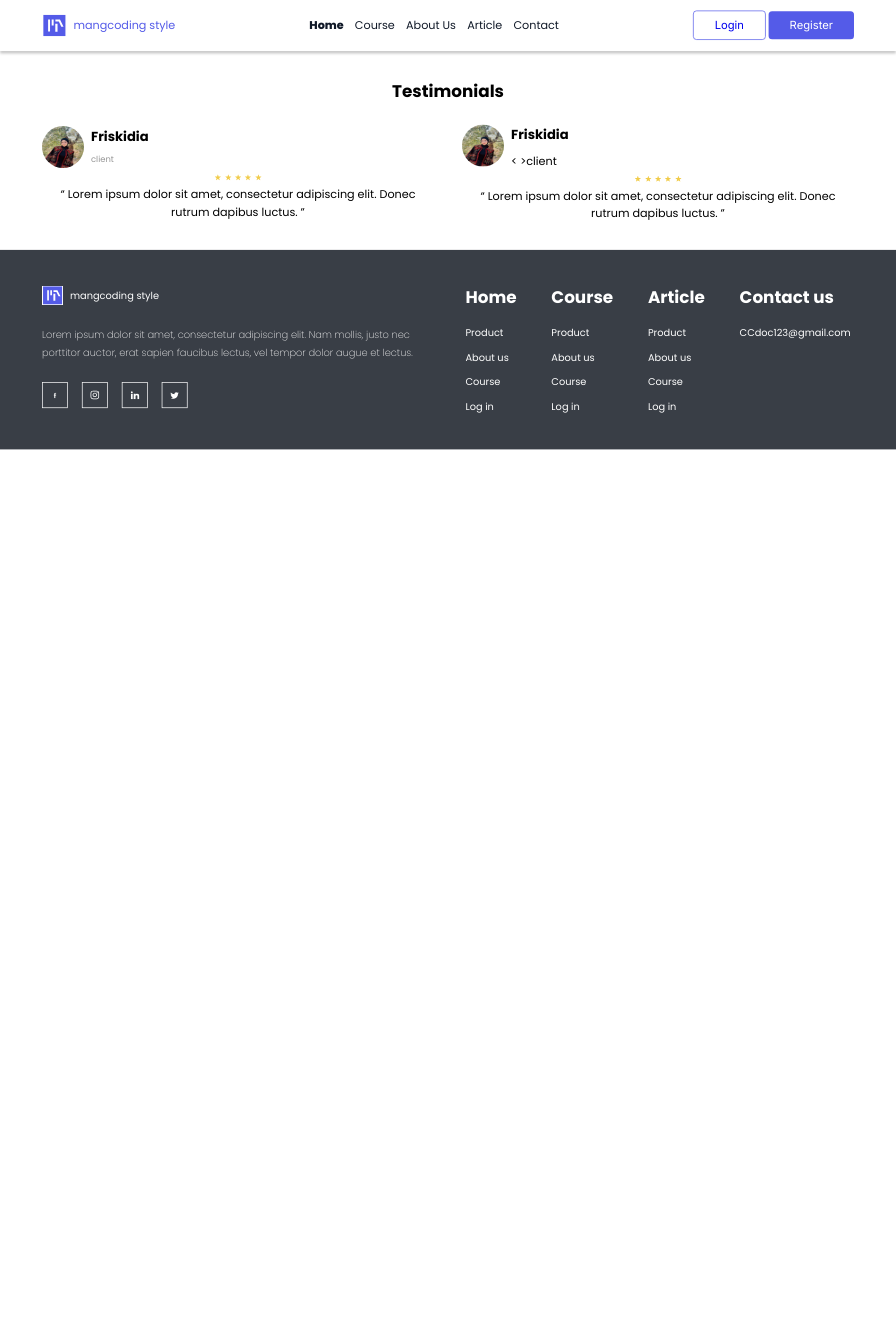
Repository: Dania-Alqam/landing-page
Page: index.html
The author's editor kept a copy of each file at every save. The page is drawn from the files as they stood at one save, then again after the next save.
The browser window is 1280 px wide. The pictures show the part of the page from y = 0 to 1920 px (the page is 5000 px tall), at 70% of full size.

Above is the page before, as saved 2024-06-22 13:32:36.

### index.html
<!DOCTYPE html>
<html lang="en">

<head>
    <meta charset="UTF-8" />
    <meta name="viewport" content="width=device-width, initial-scale=1.0" />
    <title>Document</title>
    <link rel="stylesheet" href="./assests/css/main.css" />
</head>

<body>
    <header class="header">
        <div class="container">
            <div class="row">
                <div class="logo">
                    <img src="./assests/images/public/Logo.svg" alt="logo" />
                    <a href="#">mangcoding style</a>
                </div>
                <nav class="nav">
                    <ul>
                        <li>
                            <a href="#" class="active">Home</a>
                        </li>
                        <li>
                            <a href="#">Course</a>
                        </li>
                        <li>
                            <a href="#">About Us</a>
                        </li>
                        <li>
                            <a href="#">Article</a>
                        </li>
                        <li>
                            <a href="#">Contact</a>
                        </li>
                    </ul>
                </nav>
                <div class="auth">
                    <a href="#">Login</a>
                    <a href="#">Register</a>
                </div>
            </div>
        </div>
    </header>

    <main>
        <section class="testimonials">
            <h2>
                Testimonials
            </h2>
            <div class="container">
                <div class="row">
                    <div class="testimonial">
                        <div class="user-info">
                            <img src="assests/images/clients/client1.jpeg"/>
                            <div class="user-data">
                                <h3>Friskidia</h3>
                                <span>client</span>
                            </div>
                        </div>
                        <div class="ratings">
                            <img src="./assests/images/public/Star.svg" alt="stars"/>
                            <img src="./assests/images/public/Star.svg" alt="stars"/>
                            <img src="./assests/images/public/Star.svg" alt="stars"/>
                            <img src="./assests/images/public/Star.svg" alt="stars"/>
                            <img src="./assests/images/public/Star.svg" alt="stars"/>

                        </div>
                        <blockquote>
                            <q>
                                Lorem ipsum dolor sit amet, consectetur adipiscing elit. Donec rutrum dapibus luctus.
                            </q>
                        </blockquote>
                    </div>
                    <div class="testimonial">
                        <div class="user-info">
                            <img src="assests/images/clients/client1.jpeg"/>
                            <div class="user-data">
                                <h3>Friskidia</h3>
                                < >client</span>
                            </div>
                        </div>
                        <div class="ratings">
                            <img src="./assests/images/public/Star.svg" alt="stars"/>
                            <img src="./assests/images/public/Star.svg" alt="stars"/>
                            <img src="./assests/images/public/Star.svg" alt="stars"/>
                            <img src="./assests/images/public/Star.svg" alt="stars"/>
                            <img src="./assests/images/public/Star.svg" alt="stars"/>

                        </div>
                        <blockquote>
                            <q>
                                Lorem ipsum dolor sit amet, consectetur adipiscing elit. Donec rutrum dapibus luctus.
                            </q>
                        </blockquote>
                    </div>
                </div>
            </div>

        </section>
    </main>
    <footer class="footer">
        <div class="container">
            <div class="row">
                <div class="footer-start">
                    <div class="logo">
                        <img src="./assests/images/public/Logo.svg" alt="logo" />
                        <a href="#">mangcoding style</a>
                    </div>
                    <p>
                        Lorem ipsum dolor sit amet, consectetur adipiscing elit. Nam
                        mollis, justo nec porttitor auctor, erat sapien faucibus lectus,
                        vel tempor dolor augue et lectus.
                    </p>
                    <div class="icons">
                        <a href="#"><img src="./assests/images/public/facebok.svg" /></a>
                        <a href="#"><img src="./assests/images/public/instagram.svg" /></a>
                        <a href="#"><img src="./assests/images/public/linkedin.svg" /></a>
                        <a href="#"><img src="./assests/images/public/twitter.svg" /></a>
                    </div>
                </div>
                <div class="footer-end">
                    <div class="row">
                        <div class="footer-item">
                            <h2>
                                Home
                            </h2>
                            <ul>
                                <li>
                                    <a href="#">Product</a>
                                </li>
                                <li>
                                    <a href="#">About us</a>
                                </li>
                                <li>
                                    <a href="#">Course</a>
                                </li>
                                <li>
                                    <a href="#">Log in</a>
                                </li>
                            </ul>
                        </div>
                        <div class="footer-item">
                            <h2>
                                Course
                            </h2>
                            <ul>
                                <li>
                                    <a href="#">Product</a>
                                </li>
                                <li>
                                    <a href="#">About us</a>
                                </li>
                                <li>
                                    <a href="#">Course</a>
                                </li>
                                <li>
                                    <a href="#">Log in</a>
                                </li>
                            </ul>
                        </div>
                        <div class="footer-item">
                            <h2>
                                Article
                            </h2>
                            <ul>
                                <li>
                                    <a href="#">Product</a>
                                </li>
                                <li>
                                    <a href="#">About us</a>
                                </li>
                                <li>
                                    <a href="#">Course</a>
                                </li>
                                <li>
                                    <a href="#">Log in</a>
                                </li>
                            </ul>
                        </div>
                        <div class="footer-item">
                            <h2>
                                Contact us
                            </h2>
                            <ul>
                                <li>
                                    <a href="#">CCdoc123@gmail.com</a>
                                </li>

                        </div>
                    </div>
                </div>
            </div>
        </div>
    </footer>
</body>

</html>

### assests/css/main.css
@import url(./public.css);

/* start header */
.header {
  position: sticky;
  top: 0;
  box-shadow: 0px 4px 4px rgba(0, 0, 0, 0.25);
  padding: 20px 0;
  background-color: #fff;
}

.nav ul {
  display: flex;
  flex-wrap: wrap;
  gap: 16px;
}
.header .logo {
  display: flex;
  flex-wrap: wrap;
  align-items: center;
  gap: 10px;
}
.header .logo img {
  width: 35px;
}

.header .logo a {
  color: var(--mainColor);
}

.header .nav a {
  color: #101928;
}

.header .nav a:hover {
  color: var(--mainColor);
}
/* For the home bold*/
.active {
  font-weight: 800;
}
/* common properities*/
.header .auth a {
  font-family: var(--subFont);
  padding: 10px 30px;
  border-radius: 5px;
}
.header .auth a:first-of-type {
  border: 1px solid var(--mainColor);
}
.header .auth a:last-of-type {
  background-color: var(--mainColor);
  color: white;
}
@media (max-width: 900px) {
  .header .nav {
    display: none;
  }
}
/* end header */

/* start testemonials*/
.testimonials {
  text-align: center;
  padding: 40px 0;
}
.testimonials .row {
  gap: 40px;
}

.testimonials h2 {
  margin-bottom: 30px;
}
.testimonial {
  width: calc((100% - 40px) / 2);
}
.testimonial .user-info img {
  width: 60px;
  height: 60px;
  border-radius: 50%;
}

.testimonial .user-info {
  display: flex;
  flex-wrap: wrap;
  gap: 10px;
}
.testimonial .user-info .user-data {
  display: flex;
  flex-direction: column;
  gap: 10px;
  flex-wrap: wrap;
  align-items: start;
}

.testimonial .user-info .user-data span{
    font-size: 12px;
    color: #969696;
}

.testimonial .ratings{
    /* display: flex; */
}
/* start footer */
.footer {
  background-color: #393e46;
  padding: 50px 0;
}

.footer a,
.footer h2 {
  color: #fff;
}

.footer .footer-start,
.footer .footer-end {
  width: calc((100% - 40px) / 2);
}

.footer .row {
  gap: 40px;
}

.footer .footer-start {
  display: flex;
  flex-direction: column;
  gap: 30px;
  flex-wrap: wrap;
}

.footer .footer-start .logo {
  display: flex;
  flex-wrap: wrap;
  gap: 10px;
  align-items: center;
}
.footer .footer-start .logo img {
  width: 30px;
}
.footer .footer-start .logo a {
  font-size: 14px;
}
.footer .footer-start p {
  color: #f4f4f4;
  line-height: 25px;
  font-size: 14px;
  font-weight: 200;
}
.footer .footer-start .icons {
  display: flex;
  flex-wrap: wrap;
  gap: 20px;
}
.footer .footer-start .icons img {
  width: 15px;
  height: 15px;
  border: 1px solid #fff;
  padding: 10px;
  box-sizing: content-box;
}

.footer-end .row {
  align-items: start;
  justify-content: space-around;
}
.footer-end .footer-item {
  display: flex;
  flex-direction: column;
  flex-wrap: wrap;
  gap: 20px;
}
.footer-end .footer-item ul {
  display: flex;
  flex-direction: column;
  flex-wrap: wrap;
  gap: 10px;
}
.footer-end .footer-item a {
  font-size: 14px;
}

/* end footer */

### assests/images/public/Star.svg
<svg width="10" height="9" viewBox="0 0 10 9" fill="none" xmlns="http://www.w3.org/2000/svg">
<path d="M5.00313 0.422667C5.06478 0.232942 5.33319 0.232942 5.39483 0.422668L6.26237 3.09266C6.28994 3.17751 6.36901 3.23496 6.45822 3.23496H9.26562C9.46511 3.23496 9.54805 3.49023 9.38666 3.60749L7.11543 5.25764C7.04325 5.31007 7.01305 5.40302 7.04062 5.48787L7.90815 8.15787C7.9698 8.34759 7.75265 8.50536 7.59126 8.3881L5.32003 6.73796C5.24785 6.68552 5.15012 6.68552 5.07794 6.73796L2.80671 8.3881C2.64532 8.50536 2.42817 8.34759 2.48981 8.15787L3.35735 5.48787C3.38492 5.40302 3.35472 5.31007 3.28254 5.25764L1.01131 3.60749C0.849916 3.49023 0.93286 3.23496 1.13235 3.23496H3.93975C4.02896 3.23496 4.10803 3.17751 4.1356 3.09266L5.00313 0.422667Z" fill="#F1CC4A"/>
</svg>

### assests/css/public.css
@import url('https://fonts.googleapis.com/css2?family=Poppins:ital,wght@0,100;0,200;0,300;0,400;0,500;0,600;0,700;0,800;0,900;1,100;1,200;1,300;1,400;1,500;1,600;1,700;1,800;1,900&display=swap');
@import url('https://fonts.googleapis.com/css2?family=Inter:wght@100..900&display=swap');

*{
    margin: 0;
    padding: 0;
    box-sizing: border-box;
}
:root{
    --mainFont: "Poppins", sans-serif;
    --subFont:  "Inter", sans-serif;
    --mainColor: #545BE8;

}
body{
    font-family: var(--mainFont);
    height: 5000px;
}
a{
    text-decoration: none;
}
ul{
    list-style: none;
}
.row{
    display: flex;
    justify-content: space-between;
    align-items: center;
    flex-wrap: wrap;

}

.container{
    /* width from figma is 60px from each side*/
    width: calc(100% - 120px);
    margin: auto;
}

After the next save:
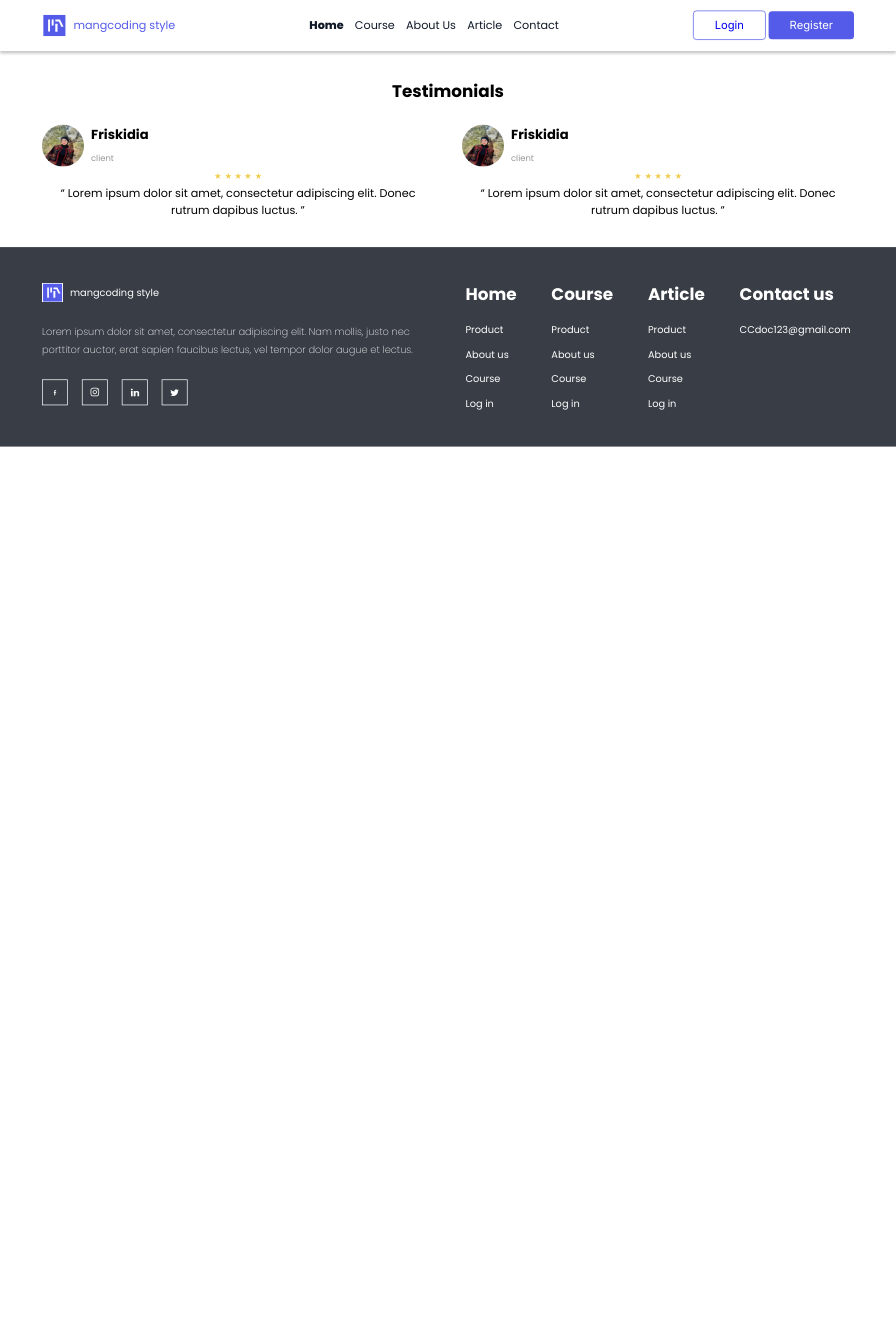
Saved 76 s later.
--- a/index.html
+++ b/index.html
@@ -77,7 +77,7 @@
                             <img src="assests/images/clients/client1.jpeg"/>
                             <div class="user-data">
                                 <h3>Friskidia</h3>
-                                < >client</span>
+                                <span>client</span>
                             </div>
                         </div>
                         <div class="ratings">
